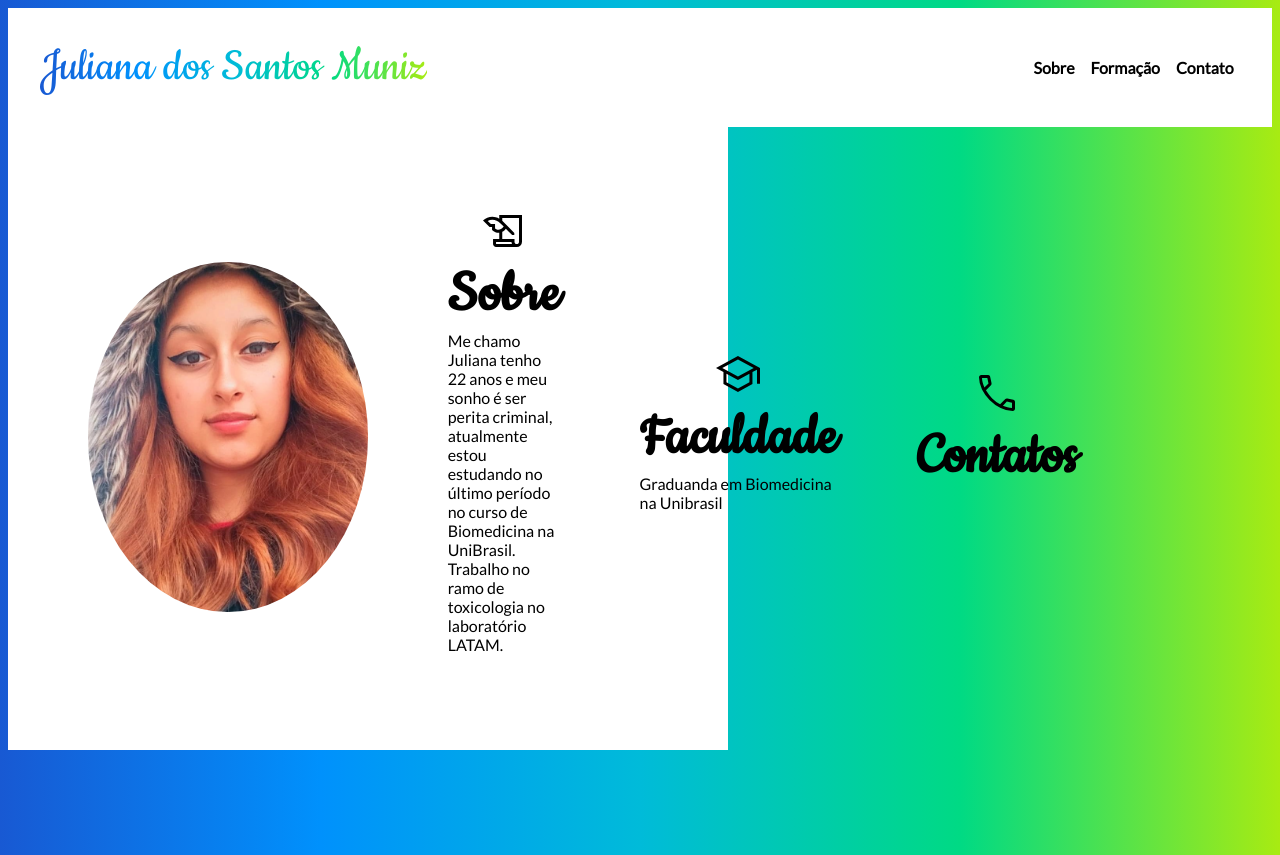
Repository: joaovnogueira/Portfolio-Juliana
Page: index.html
The author's editor kept a copy of each file at every save. The page is drawn from the files as they stood at one save, then again after the next save.
The browser window is 1280 px wide. The pictures show the whole page.

Above is the page before, as saved 2022-06-14 16:34:36.

After the next save:
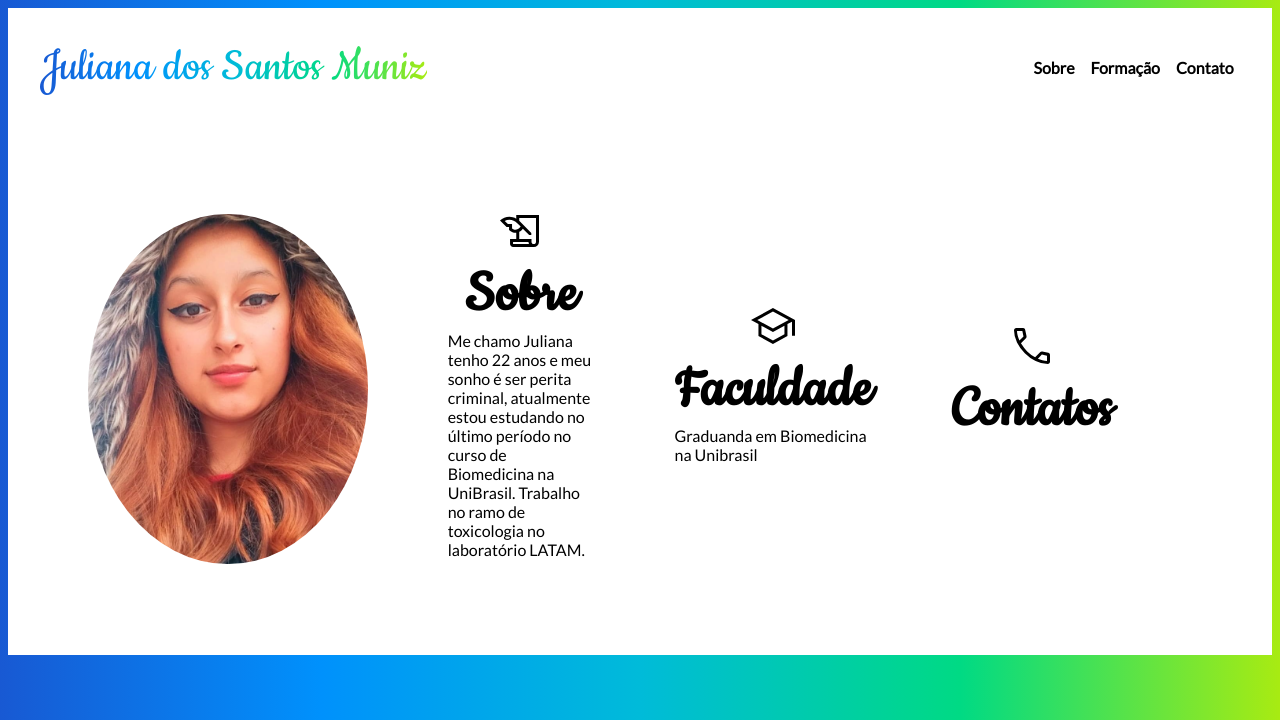
Saved 4 s later.
--- a/styles.css
+++ b/styles.css
@@ -42,8 +42,6 @@ hr{
 }
 
 main{
-    height: 100vh;
-    width: 100vh;
 }
 
 .perfil {
